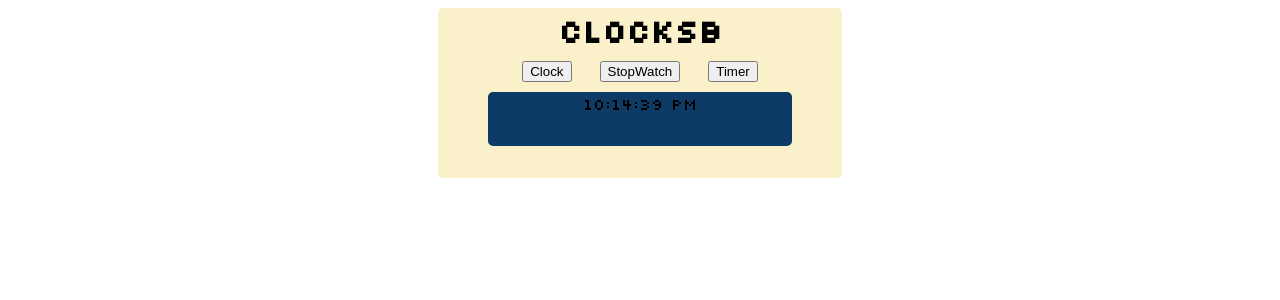
Repository: ourshadetree/clockSB
Page: index.html
The author's editor kept a copy of each file at every save. The page is drawn from the files as they stood at one save, then again after the next save.
The browser window is 1280 px wide. The pictures show the whole page.

Above is the page before, as saved 2025-12-05 23:27:05.

After the next save:
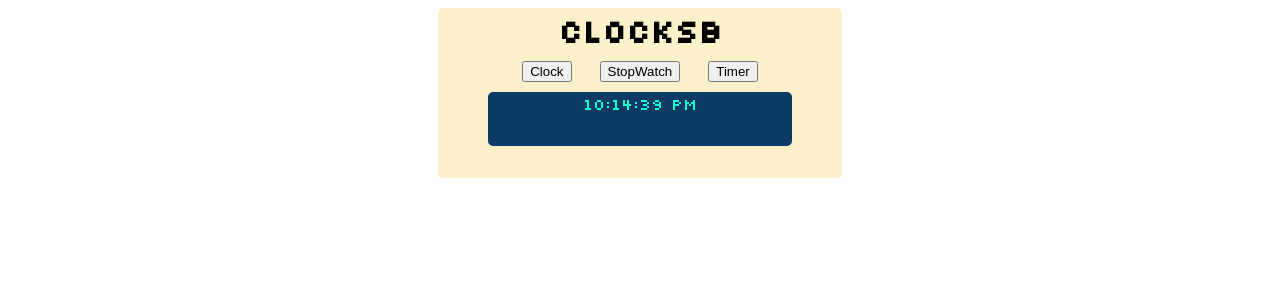
Saved 3 min 9 s later.
--- a/style.css
+++ b/style.css
@@ -10,7 +10,7 @@ body {
     text-align: center;
 }
 
-p {
+#clockScreen {
     color: aquamarine;
     mix-blend-mode: hard-light;
 }
